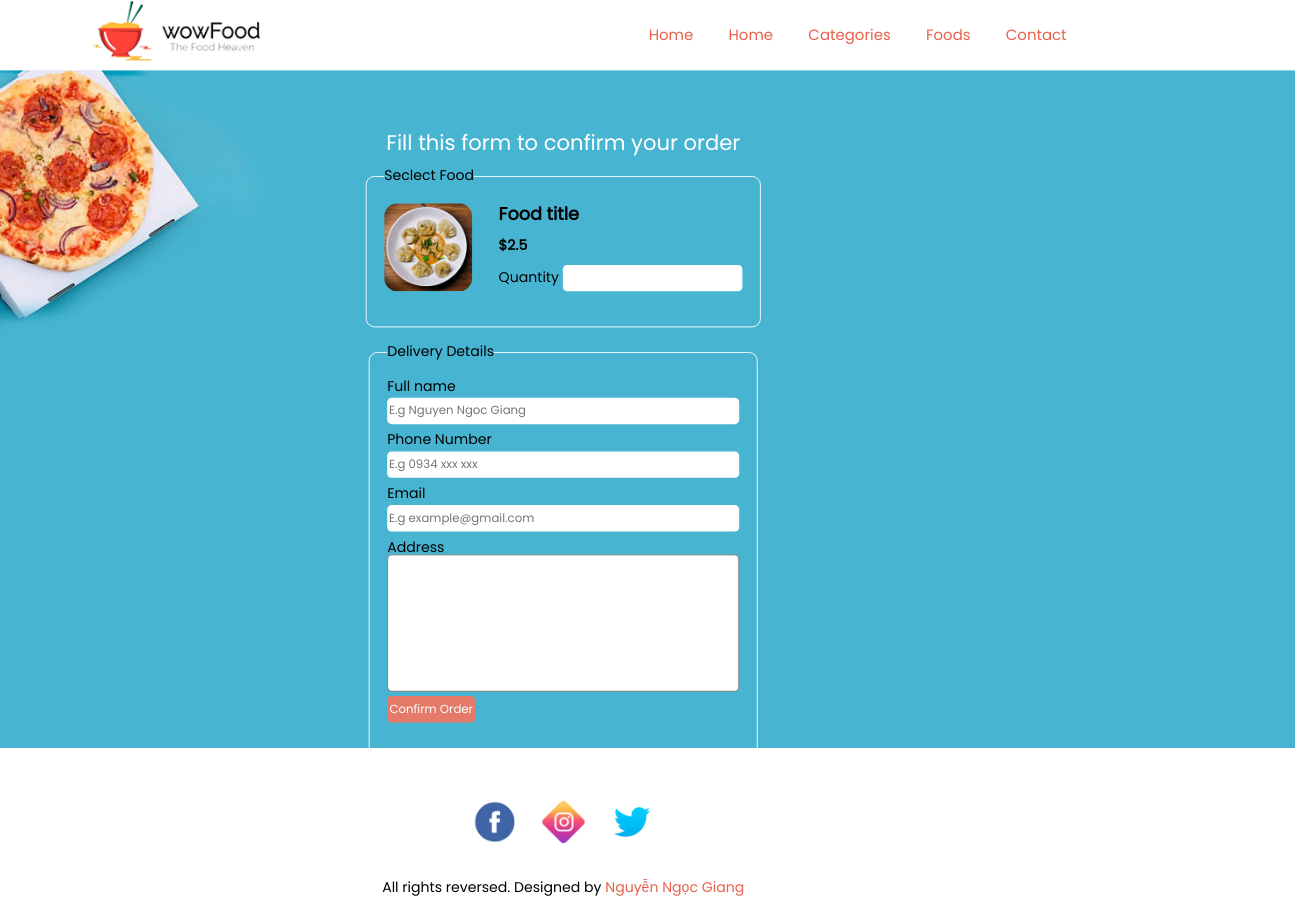
Repository: ruaruababa/WowFood
Page: order.html
These files come from the project's save history. The page is drawn as it stood at one moment and after the next save; the edit follows.
The browser window is 1280 px wide. The page is 1472 px wide, then 1280 px, so the pictures cover 1472 px, including what lies to the right of the window. The pictures show the whole page, at 88% of full size.

Above is the page before, as saved 2021-09-19 22:56:18.

After the next save:
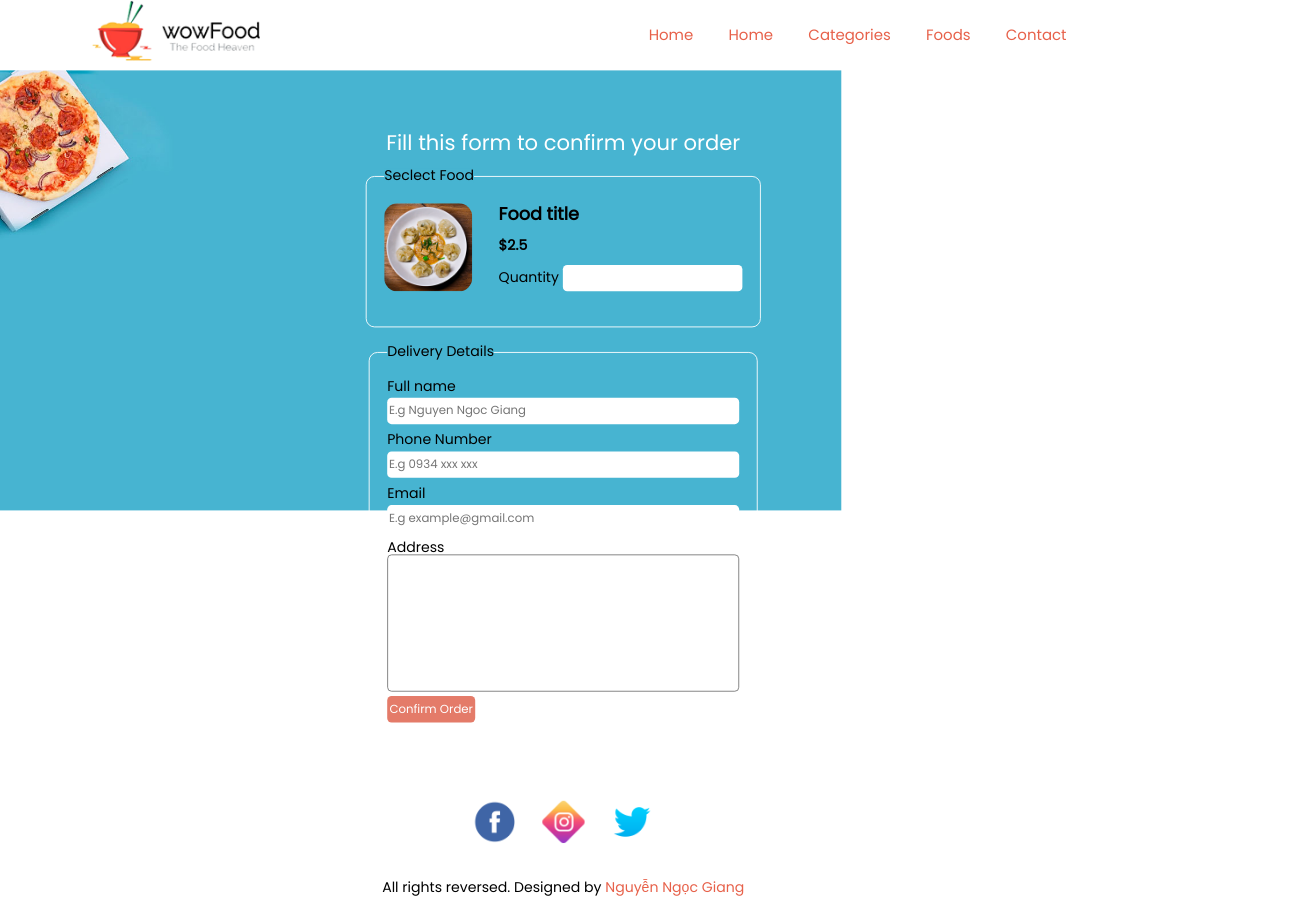
Saved 9 s later.
--- a/order.html
+++ b/order.html
@@ -32,7 +32,7 @@
         </ul>
     </nav>
     <section id="section-order">
-        <img src="./bgorder.jpg" alt="" class="bgr" style="position: absolute; z-index: -1; height: max-content;" />
+        <img src="./bgorder.jpg" alt="" class="bgr" style="position: absolute; z-index: -1; height: 500px" />
         <div class="container-order">
             <form action="">
                 <h3 class="title-order">Fill this form to confirm your order</h3>
